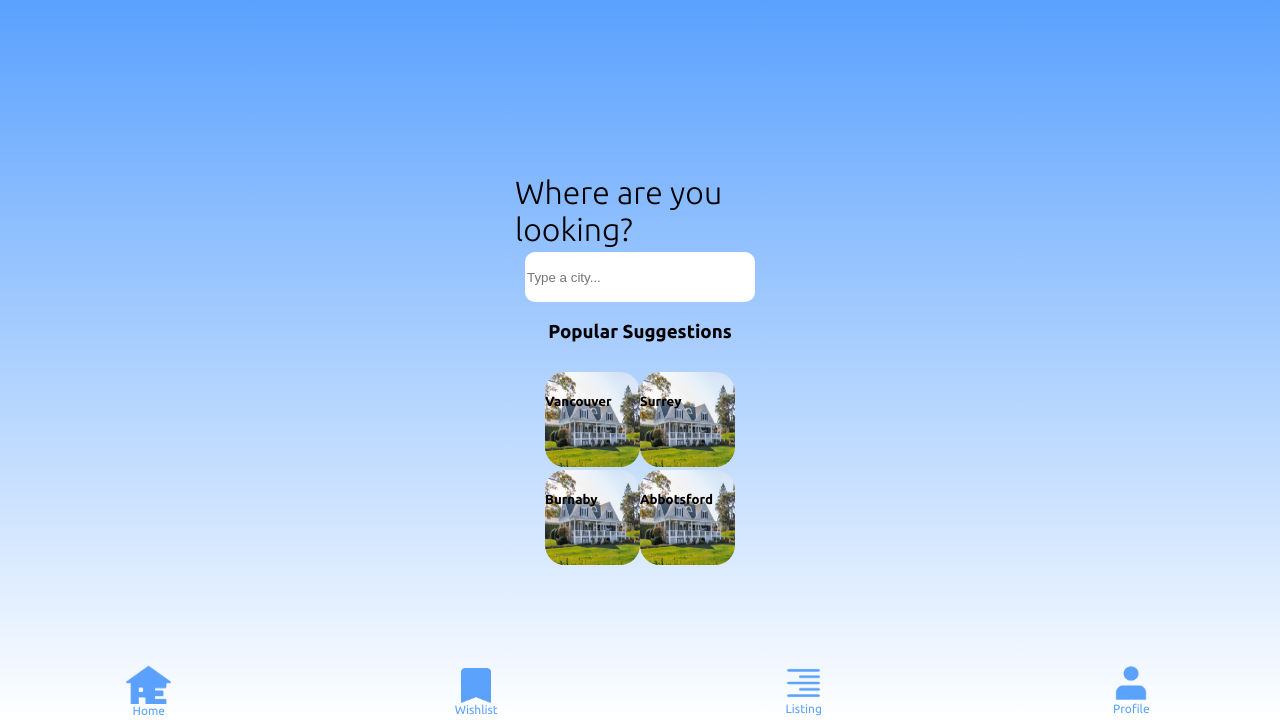
Repository: msyukurrr/realeasy
Page: /listing
These files come from the project's save history. The page is drawn as it stood at one moment and after the next save; the edit follows.
The browser window is 1280 px wide. The pictures show the whole page.
The project was rebuilt for these pictures with package versions that can differ from the ones it lists, and the page was loaded fresh each time. The framework's server and built-in components were replaced by stand-ins that run in the browser. Also part of the build but not shown: next.config.js, components/Button.js.

Above is the page before, as saved 2023-01-27 20:38:44.

### pages/listing.js
import Heading from "../components/Heading";
import NavBar from "../components/NavBar";
import styles from "../styles/Home.module.css"
import MainButton from "../components/Button.js";
import styled from "styled-components";



export default function Listing({

}){
    return(
        <><div className={styles.listing}>

        <Heading headingtxt="Where are you looking?"/>

        <input placeholder="Type a city..." style={{width:230, height:50, borderRadius:10, backgroundColor:"white", border:'transparent'}}></input>

        <h3>Popular Suggestions</h3>

    <div>

        <div style={{display:'flex', flexDirection:'row', paddingTop:10}}>
            <div>
                <h5 style={{display:'flex', position:'absolute'}}>Vancouver</h5>
                <img src="house.png" style={{width:95, height:95, borderRadius:20}}/>

            </div>

            <div>
                <h5 style={{display:'flex', position:'absolute'}}>Surrey</h5>
                <img src="house.png" style={{width:95, height:95, borderRadius:20}}/>

            </div>
        </div>

        <div style={{display:'flex', flexDirection:'row'}}>
            <div>
                <h5 style={{display:'flex', position:'absolute'}}>Burnaby</h5>
                <img src="house.png" style={{width:95, height:95, borderRadius:20}}/>

            </div>

            <div>
                <h5 style={{display:'flex', position:'absolute'}}>Abbotsford</h5>
                <img src="house.png" style={{width:95, height:95, borderRadius:20}}/>

            </div>
        </div>

    </div>






        </div>
        <NavBar></NavBar>

        </>
    )
}

### styles/globals.css
@import url('https://fonts.googleapis.com/css2?family=Ubuntu:ital,wght@0,300;0,400;0,500;0,700;1,300;1,400;1,500;1,700&display=swap');

html,
body {
  padding: 0;
  margin: 0;
  font-family: "Ubuntu", sans-serif;
  background-color: #E6EEF8;
}

a {
  color: inherit;
  text-decoration: none;
}

* {
  box-sizing: border-box;
}

@media (prefers-color-scheme: dark) {
  html {
    color-scheme: dark;
  }
  body {
    color: white;
    background: E6EEF8;
  }
}

### components/Heading.js
import styled from "styled-components";

const Container = styled.div`
display: flex;
margin-left: 50px;
width: 300px;
height: 100px;

`

const Word = styled.h1`

color: ${props=>props.color};
font-weight: ${props=>props.fontweight};
`

export default function Heading({
    h1="Recommended by people around you",
    fw="300",
    color="#5AA1FD",
    headingtxt="Recommended by people around you"
}){
    return<>
    <Container>
    <Word fontweight={fw}
    >{headingtxt}</Word>
    </Container>
    </>
}

### components/NavBar.js
import styled from "styled-components";
import Link from "next/link";

const NavBarCont = styled.div`
position: fixed;
bottom: 0;
width: 100%;
`
const NavCont = styled.nav`
display: flex;
justify-content: space-around;
width: 100%;
background-color: transparent;
height: 60px;
`
const HomeCont = styled.div`
width: 50px;
height: 50px;
display:flex;
flex-direction: column;
justify-content: center;
align-items: center;
margin-top: ${props=>props.margintop};
`
const WishlistCont = styled.div`
width: 50px;
height: 50px;
display:flex;
flex-direction: column;
justify-content: center;
align-items: center;
margin-left: 30px;
margin-top: ${props=>props.margintop};
margin-bottom: ${props=>props.marginbottom};
`
const ListingCont = styled.div`
width: 50px;

display:flex;
flex-direction: column;
justify-content: center;
align-items: center;
margin-left: 30px;
margin-top: ${props=>props.margintop};
`
const ProfileCont = styled.div`
display:flex;
margin-left: 30px;
margin-top: ${props=>props.margintop};
`

const Icon = styled.img`
display: flex;
justify-content: center;
height: ${props=>props.height};
width: ${props=>props.width};
display: flex;
`

const NavList = styled.span`
display: flex;
align-self: center;
color: #5AA1FD;
font-size: 12px;
`


export default function NavBar({
    mt="5px",
    mb=""
}){
    return <NavBarCont>
    <NavCont>
        <Link href="/">
            <HomeCont margintop="6px">
                <Icon src='./logo.png' height="45px" width="45px"/>
                <NavList>Home</NavList>
            </HomeCont>
        </Link>
        <Link href="/wishlist">
            <WishlistCont margintop="7px">
                <Icon src='./wishlist.png' height="35px" width="30px"></Icon>
                <NavList>Wishlist</NavList>
            </WishlistCont>
        </Link>
        <Link href="/listing">
            <ListingCont margintop="4px">
                <Icon src='./listing.png' height="38px" width="45px"></Icon>
                <NavList>Listing</NavList>
            </ListingCont>
        </Link>
        <Link href="/profile">
            <ListingCont margintop="4px">
                <Icon src='./user.png' height="38px" width="40px"></Icon>
                <NavList>Profile</NavList>
            </ListingCont>
        </Link>
    </NavCont>
    </NavBarCont>
}

### styles/Home.module.css
.container {
  padding: 0 2rem;
}

.main {
  min-height: 100vh;
  padding: 4rem 0;
  flex: 1;
  display: flex;
  flex-direction: column;
  justify-content: center;
  align-items: center;
}


.listing {
  min-height: 100vh;
  padding: 4rem 0;
  flex: 1;
  display: flex;
  flex-direction: column;
  justify-content: center;
  align-items: center;
  background-image: linear-gradient(#5AA1FD, white);
}

.footer {
  display: flex;
  flex: 1;
  padding: 2rem 0;
  border-top: 1px solid #eaeaea;
  justify-content: center;
  align-items: center;
}

.footer a {
  display: flex;
  justify-content: center;
  align-items: center;
  flex-grow: 1;
}

.title a {
  color: #0070f3;
  text-decoration: none;
}

.title a:hover,
.title a:focus,
.title a:active {
  text-decoration: underline;
}

.title {
  margin: 0;
  line-height: 1.15;
  font-size: 4rem;
}

.title,
.description {
  text-align: center;
}

.description {
  margin: 4rem 0;
  line-height: 1.5;
  font-size: 1.5rem;
}

.code {
  background: #fafafa;
  border-radius: 5px;
  padding: 0.75rem;
  font-size: 1.1rem;
  font-family: Menlo, Monaco, Lucida Console, Liberation Mono, DejaVu Sans Mono,
    Bitstream Vera Sans Mono, Courier New, monospace;
}

.grid {
  display: flex;
  align-items: center;
  justify-content: center;
  flex-wrap: wrap;
  max-width: 800px;
}

.card {
  margin: 1rem;
  padding: 1.5rem;
  text-align: left;
  color: inherit;
  text-decoration: none;
  border: 1px solid #eaeaea;
  border-radius: 10px;
  transition: color 0.15s ease, border-color 0.15s ease;
  max-width: 300px;
}

.card:hover,
.card:focus,
.card:active {
  color: #0070f3;
  border-color: #0070f3;
}

.card h2 {
  margin: 0 0 1rem 0;
  font-size: 1.5rem;
}

.card p {
  margin: 0;
  font-size: 1.25rem;
  line-height: 1.5;
}

.logo {
  height: 1em;
  margin-left: 0.5rem;
}

@media (max-width: 600px) {
  .grid {
    width: 100%;
    flex-direction: column;
  }
}

@media (prefers-color-scheme: dark) {
  .card,
  .footer {
    border-color: #222;
  }
  .code {
    background: #111;
  }
  .logo img {
    filter: invert(1);
  }
}

Loaded but not shown: pages/_app.js (common file)

After the next save:
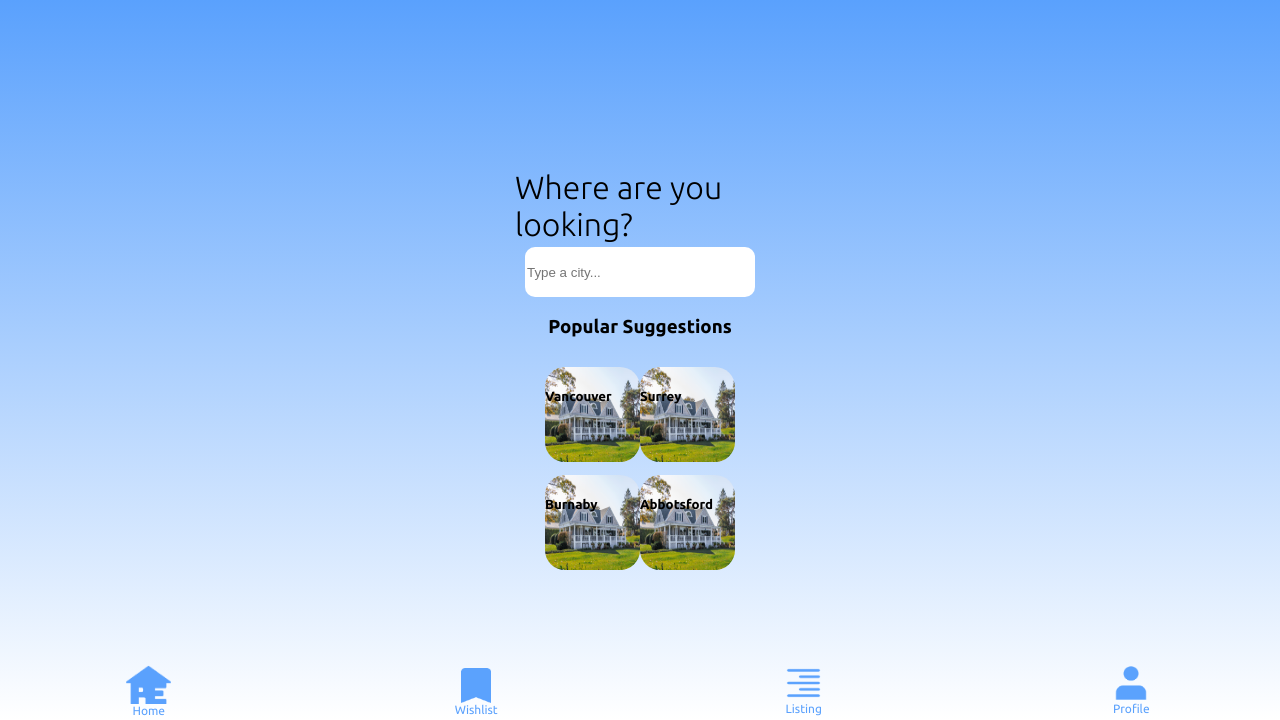
Saved 5 s later.
--- a/pages/listing.js
+++ b/pages/listing.js
@@ -20,7 +20,7 @@ export default function Listing({
 
     <div>
 
-        <div style={{display:'flex', flexDirection:'row', paddingTop:10}}>
+        <div style={{display:'flex', flexDirection:'row', paddingTop:10, paddingBottom:10}}>
             <div>
                 <h5 style={{display:'flex', position:'absolute'}}>Vancouver</h5>
                 <img src="house.png" style={{width:95, height:95, borderRadius:20}}/>
